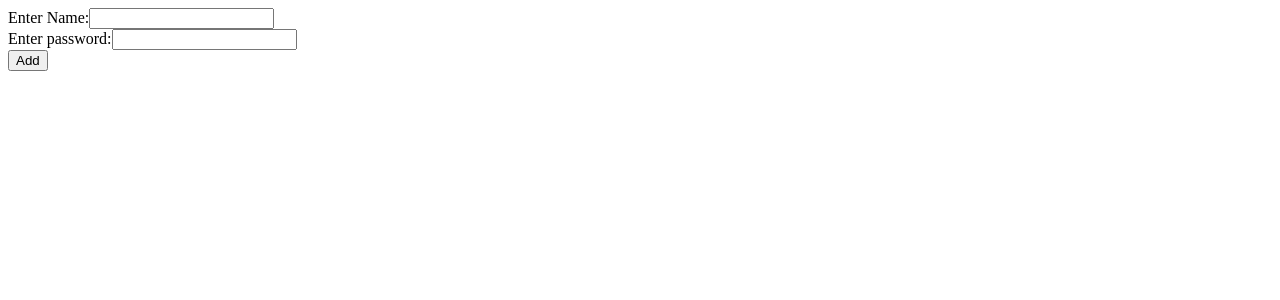
Repository: rishabhsharma0303/demorepository
Page: http://localhost/customerapp2/login.jsp
The author's editor kept a copy of each file at every save. The page is drawn from the files as they stood at one save, then again after the next save.
The browser window is 1280 px wide. The pictures show the whole page.
The page is served by Tomcat 9.

Above is the page before, as saved 2021-09-01 20:07:05.

After the next save:
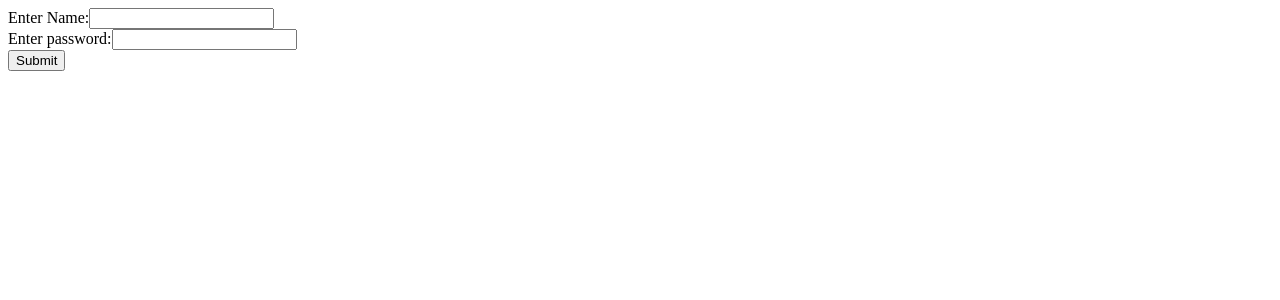
Saved 15 s later.
--- a/customerapp2/WebContent/login.jsp
+++ b/customerapp2/WebContent/login.jsp
@@ -12,7 +12,7 @@ Enter Name:<input type="text" name="id"/><br>
 
 Enter password:<input type="password" name="name"/><br>
 
-<input type="submit" value="Add"/>
+<input type="submit" />
 </form>
 </body>
 </html>
